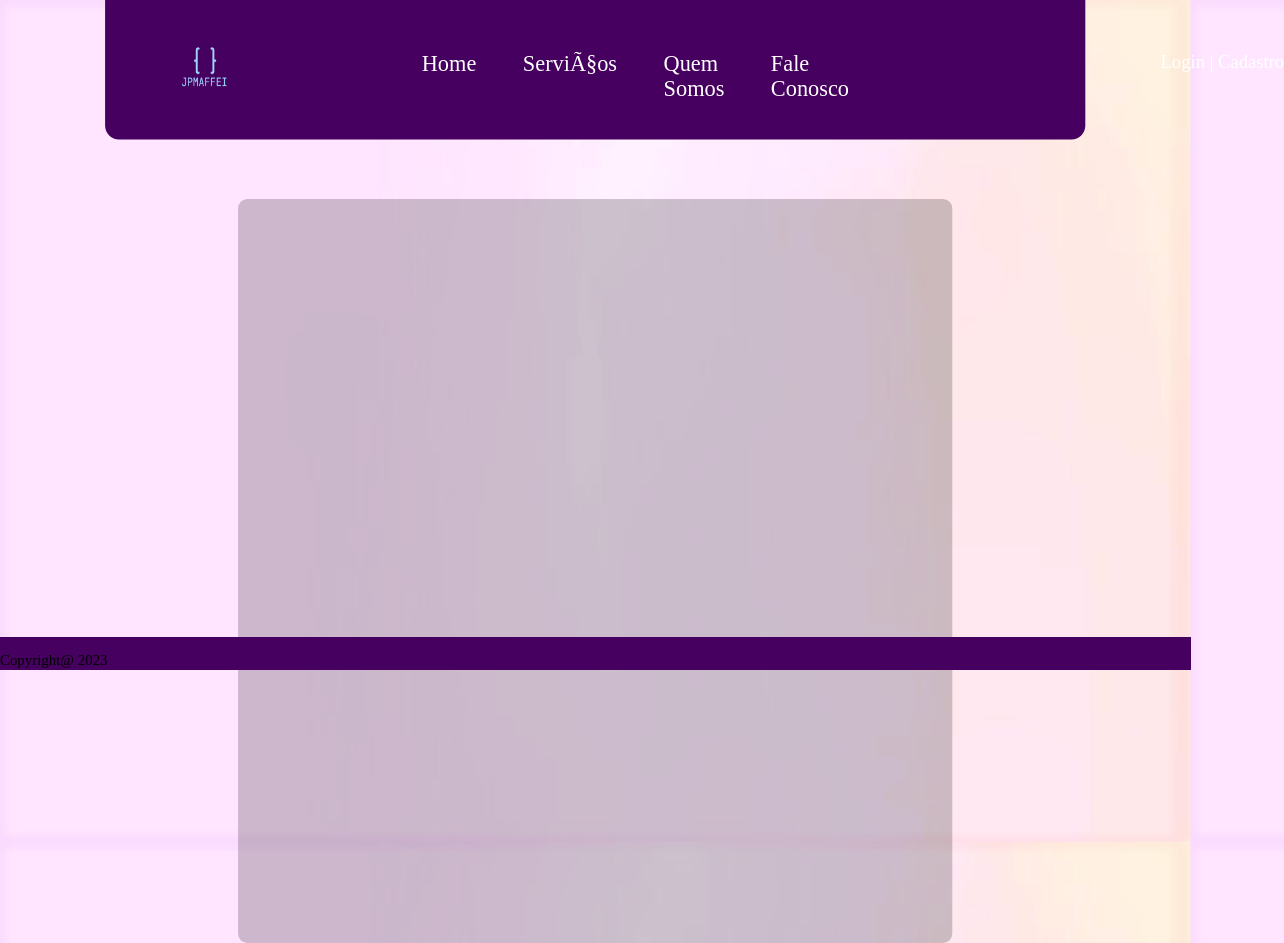
Repository: jpmaffei18/PROJETO_JAVA
Page: http://localhost/FinalWeb/home.jsp
The author's editor kept a copy of each file at every save. The page is drawn from the files as they stood at one save, then again after the next save.
The browser window is 1280 px wide. The page is 1381 px wide, then 1380 px, so the pictures cover 1381 px, including what lies to the right of the window. The pictures show the whole page, at 93% of full size.
Backgrounds fixed to the window are drawn as part of the page. The page is served by Tomcat 9. Other server files are loaded and not shown.

Above is the page before, as saved 2023-03-31 14:18:39.

### FinalWeb/src/main/webapp/home.jsp

<!DOCTYPE html>
<html lang="en">
    <head>
        <meta charset="UTF-8">
        <meta http-equiv="X-UA-Compatible" content="IE=edge">
        <meta name="viewport" content="width=device-width, initial-scale=1.0">
        <link href="home.css" rel="stylesheet">
        <link href="imagens/icon.png" rel="icon">
        <title>HOME</title>
    </head>
<body>
  <header>
  <img src="imagens/logo.png" class="logo">

    <ul>
        <li> Home</li>
        <li> Serviços</li>
        <li> Quem Somos</li>
        <li> Fale Conosco</li>
    </ul>

    <div class="logincadastro">
    <p><a href="logincadastro.html">Login </a></p> <p>|</p> <p><a href="index.php">Cadastro </a></p>
    </div>

</header>

<div class="conteudo">

</div>




<footer class="rodape"> <p>Copyright@ 2023</p> </footer>
</body>
</html>

### FinalWeb/src/main/webapp/home.css
@charset "ISO-8859-1";

body{
    margin: 0;
        background: url(imagens/fundoroxo.jpg) center center no-repeat fixed;
        -webkit-background-size: cover;
        -moz-background-size: cover;
        -o-background-size: cover;
        background-size: cover;
        overflow: scroll;
      }


header{
    background-color: #46005F;
    width: 80%;
    height: 120px;
    margin:auto;
    border-bottom-left-radius: 15px;
    border-bottom-right-radius: 15px;
    color: white;
    padding: 15px;
    display: flex;
}

.logo{
    width: 12%;
    height: 100%;
    margin-left: 3%;
}

header ul{
    display: flex;
    margin-left: 8%;
    margin-top:40px;
}

header li{
    list-style: none;
    font-size: 24px;
    margin-left: 50px;
}

.conteudo{
    background-color: rgba(0,0,0,.20);
    width: 60%;
    height:800px;
    margin: auto;
    margin-top: 5%;
    border-radius:10px;
}

.logincadastro{
    display: flex;
    margin-left: 330px;
    margin-top: 20px;
    font-size: 20px;


}

.logincadastro p{
    margin-left: 5px;
    color:white;
}

.logincadastro a{
    text-decoration: none;
    color: white;
}

.rodape{
background: #46005F;
width: 100%;
height: 35px;
position: fixed;
bottom: 0;
left: 0;
}

After the next save:
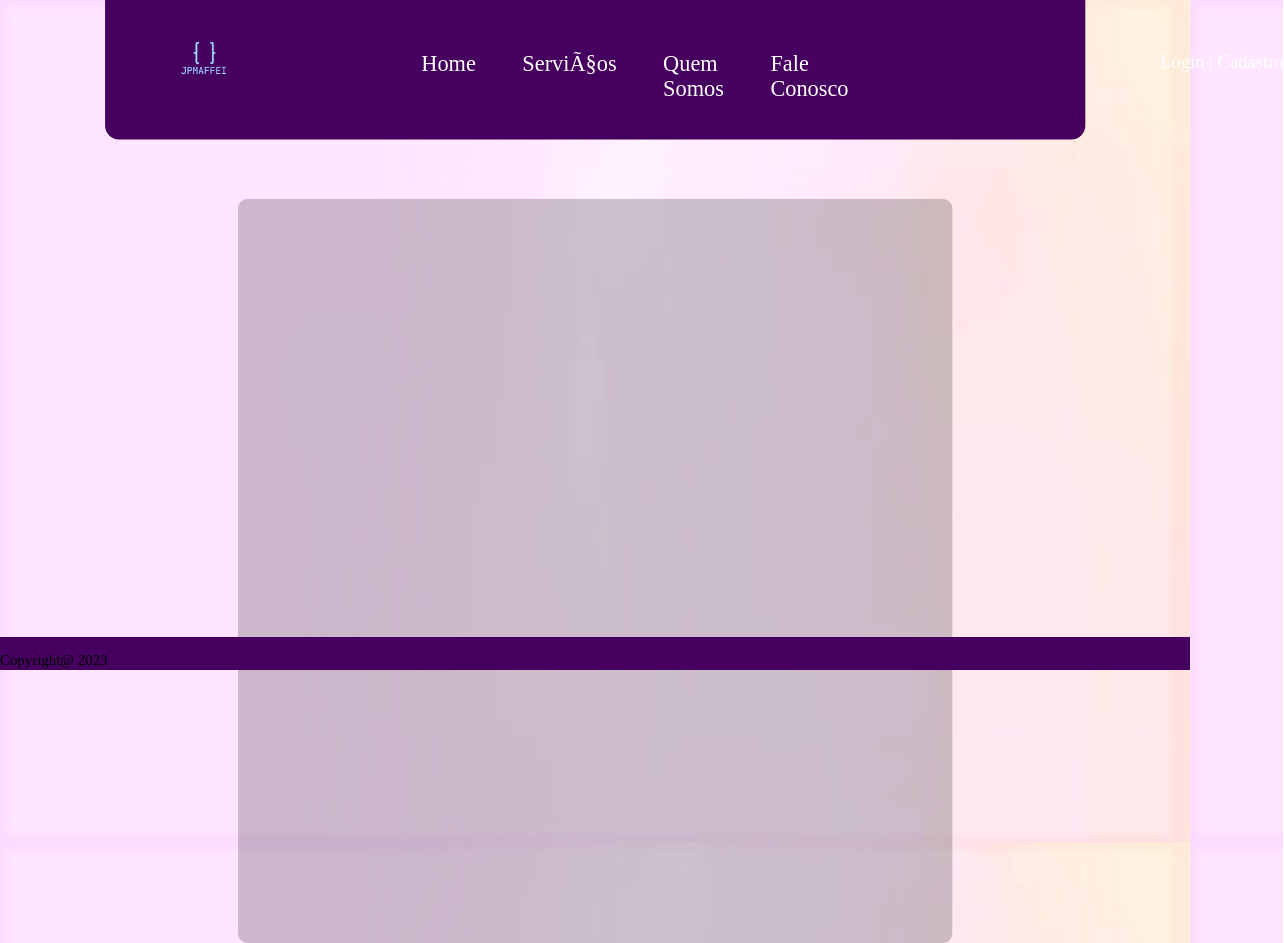
Saved 13 s later.
--- a/FinalWeb/src/main/webapp/home.css
+++ b/FinalWeb/src/main/webapp/home.css
@@ -25,7 +25,7 @@ header{
 
 .logo{
     width: 12%;
-    height: 100%;
+    height: 100px;
     margin-left: 3%;
 }
 
